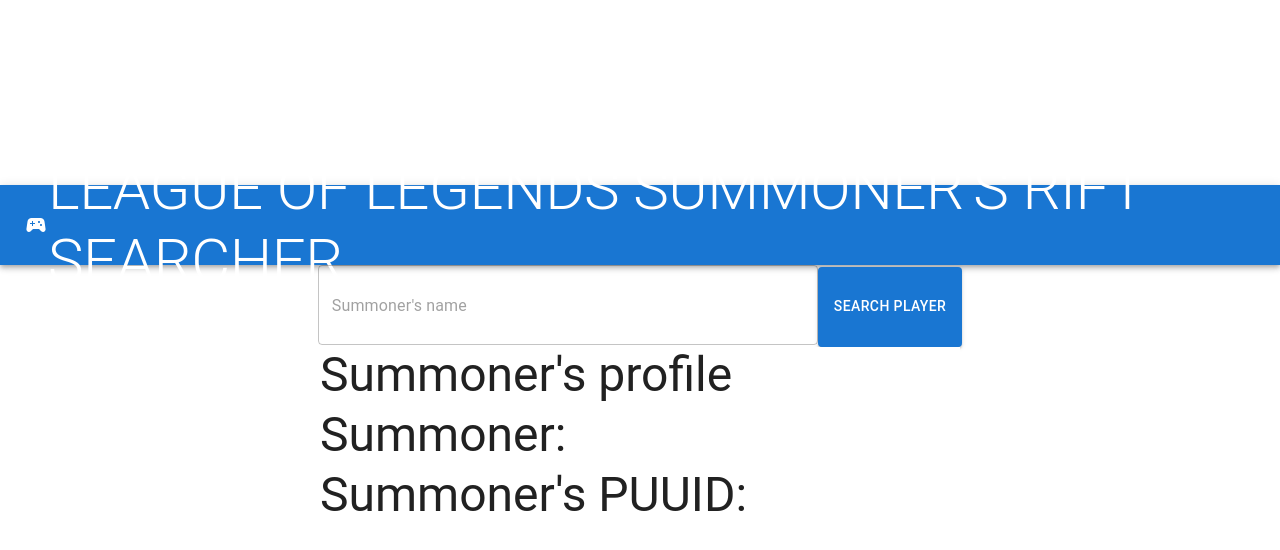
Repository: Mikerr21/League-Of-Legends-API
Page: /
The author's editor kept a copy of each file at every save. The page is drawn from the files as they stood at one save, then again after the next save.
The browser window is 1280 px wide. The pictures show the whole page.
The page's requests for data from a server got no answer. The project was rebuilt for these pictures with package versions that can differ from the ones it lists, and the page was loaded fresh each time. No one was signed in, and anything a server would have sent is missing.

Above is the page before, as saved 2022-09-24 22:37:18.

### public/index.html
<!DOCTYPE html>
<html lang="en">
  <head>
    <meta charset="utf-8" />
    <link rel="icon" href="%PUBLIC_URL%/favicon.ico" />
    <meta name="viewport" content="width=device-width, initial-scale=1" />
    <meta name="theme-color" content="#000000" />
    <meta
      name="description"
      content="Web site created using create-react-app"
    />
    <link rel="apple-touch-icon" href="%PUBLIC_URL%/logo192.png" />

    <title>React App</title>
  </head>
  <body>
    <noscript>You need to enable JavaScript to run this app.</noscript>
    <div id="root"></div>

  </body>
</html>

### src/App.js
import React from "react";
import axios from "axios";
import { useState } from "react";
import { AppBar } from "@mui/material";
import { Toolbar } from "@mui/material";
import { CssBaseline } from "@mui/material";
import SportsEsportsIcon from "@mui/icons-material/SportsEsports";
import OutlinedInput from "@mui/material/OutlinedInput";

import { Typography } from "@mui/material";
import { Button } from "@mui/material";
import { Box } from "@mui/material";

import ListSubheader from "@mui/material/ListSubheader";
import List from "@mui/material/List";
import ListItemButton from "@mui/material/ListItemButton";
import ListItemIcon from "@mui/material/ListItemIcon";
import ListItemText from "@mui/material/ListItemText";
import Collapse from "@mui/material/Collapse";
import InboxIcon from "@mui/icons-material/MoveToInbox";
import DraftsIcon from "@mui/icons-material/Drafts";
import SendIcon from "@mui/icons-material/Send";
import ExpandLess from "@mui/icons-material/ExpandLess";
import ExpandMore from "@mui/icons-material/ExpandMore";
import StarBorder from "@mui/icons-material/StarBorder";
import Grid from "@mui/material/Grid";

function App() {
  const [searchPlayer, setSearchPlayer] = useState("");
  const [playerData, setPlayerData] = useState({});
  const API_KEY = "c4eb3244-2494-4789-a6a3-47b4f6d5b70a";

  function fetchPlayerData(event) {
    var API_KEY = "RGAPI-e5d7e95c-8a4e-4469-bf42-53bc6d1175b3";
    var API_CALL_STRING =
      "https://euw1.api.riotgames.com/lol/summoner/v4/summoners/by-name/" +
      searchPlayer +
      "?api_key=" +
      API_KEY;
    axios
      .get(API_CALL_STRING)
      .then(function (response) {
        //Success

        setPlayerData(response.data);
      })
      .catch(function (error) {
        //Error
        console.log(error);
      });
  }

  return (
    <div className="App">
      <CssBaseline />

      <Grid
        container
        spacing={0}
        direction="column"
        alignItems="center"
        justifyContent="center"
        style={{ minHeight: "100vh" }}
      >
        <CssBaseline />
        <AppBar position="static">
          <Toolbar variant="dense" style={{ height: "80px" }}>
            <SportsEsportsIcon></SportsEsportsIcon>
            <Typography variant="h2" component="h2">
              LEAGUE OF LEGENDS SUMMONER'S RIFT SEARCHER
            </Typography>
          </Toolbar>
        </AppBar>
        <Box>
          <OutlinedInput
            onChange={(e) => setSearchPlayer(e.target.value)}
            type="text"
            placeholder="Summoner's name"
            style={{ height: "80px", width: "500px" }}
          ></OutlinedInput>
          <Button
            onClick={fetchPlayerData()}
            variant="contained"
            style={{ height: "80px" }}
          >
            Search player
          </Button>
        </Box>

        <List
          sx={{ width: "50%", maxWidth: 660, bgcolor: "background.paper" }}
          component="nav"
          aria-labelledby="nested-list-subheader"
          subheader={<Typography variant="h3">Summoner's profile</Typography>}
        >
     <ListItemText>
            <Typography variant="h3">Summoner:</Typography>
          </ListItemText>
          <ListItemText>
            <Typography variant="h6">{searchPlayer}</Typography>
          </ListItemText>
          <ListItemText>
            <Typography variant="h3">
              Summoner's PUUID:{playerData.puuid}
            </Typography>
          </ListItemText>
        </List>
      </Grid>
    </div>
  );
}

export default App;

Loaded but not shown: src/index.js (common file)

After the next save:
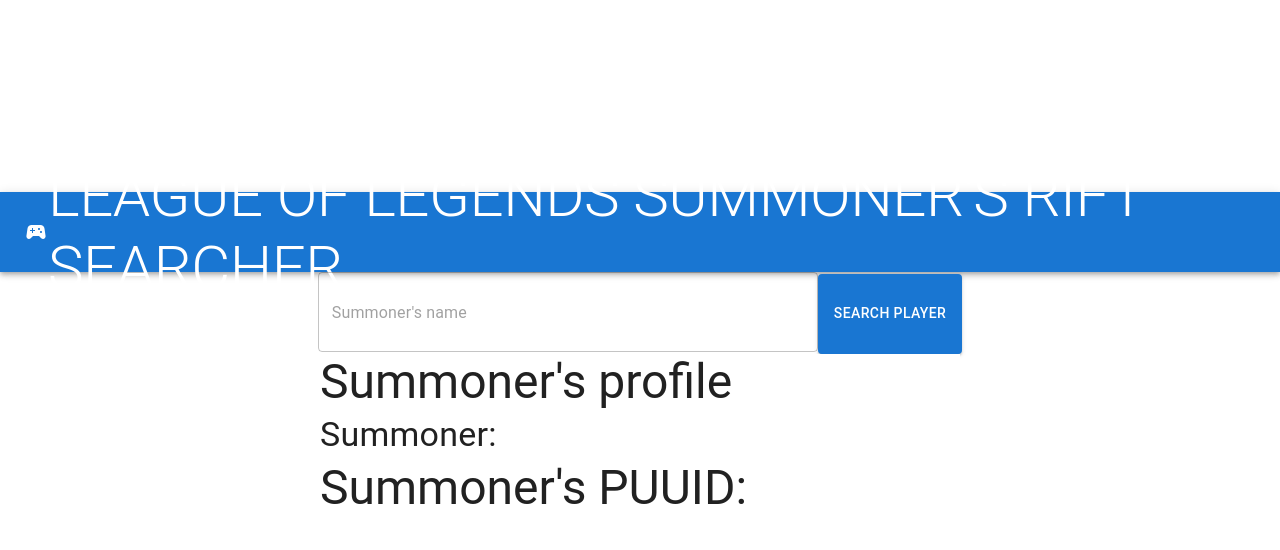
Saved 10 s later.
--- a/src/App.js
+++ b/src/App.js
@@ -94,7 +94,7 @@
           subheader={<Typography variant="h3">Summoner's profile</Typography>}
         >
      <ListItemText>
-            <Typography variant="h3">Summoner:</Typography>
+            <Typography variant="h4">Summoner:</Typography>
           </ListItemText>
           <ListItemText>
             <Typography variant="h6">{searchPlayer}</Typography>
